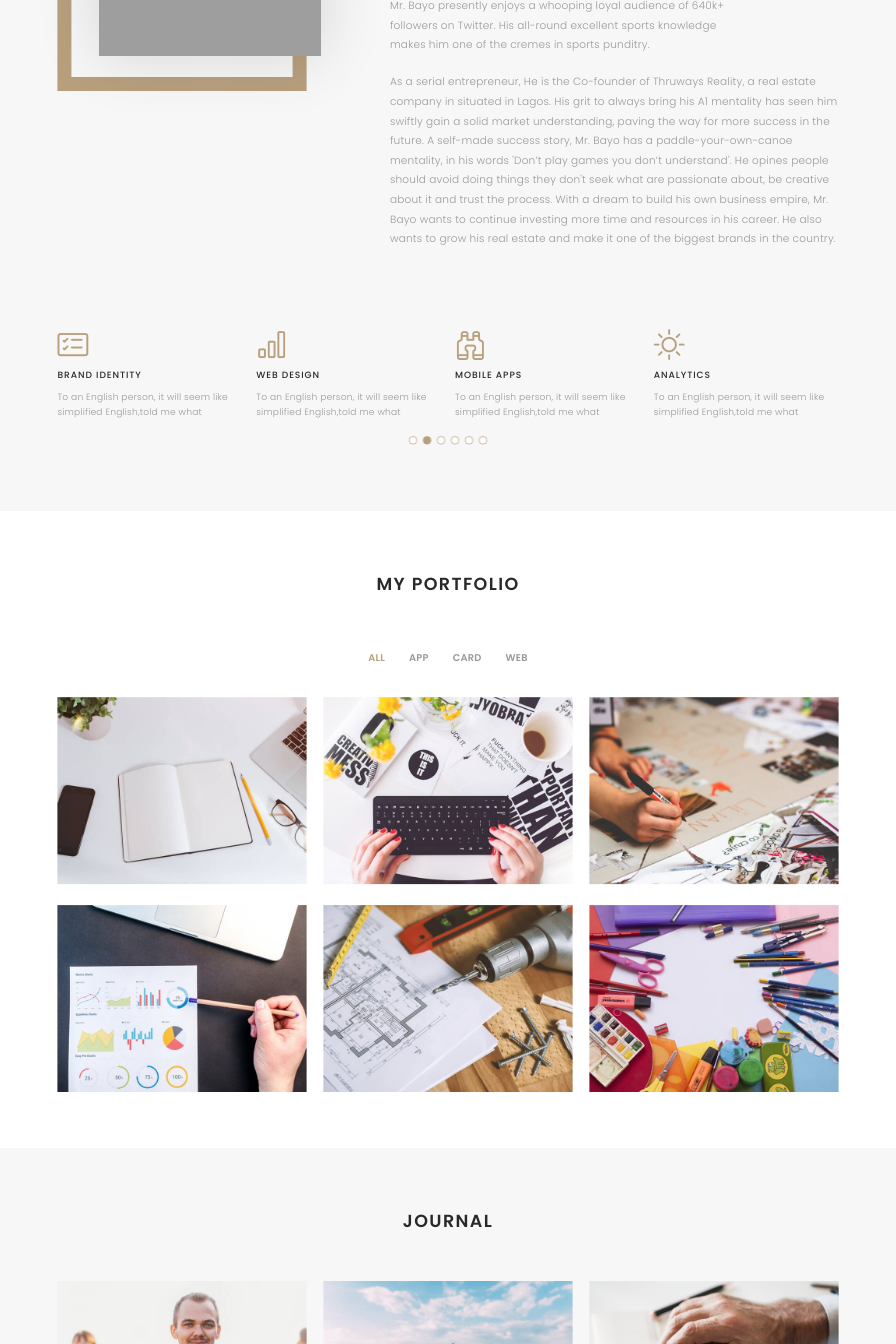
Repository: muhammedctgr/MrBayoA1
Page: index.html
The author's editor kept a copy of each file at every save. The page is drawn from the files as they stood at one save, then again after a run of saves.
The browser window is 1280 px wide. The pictures show the part of the page from y = 1120 to 3040 px (the page is 4218 px tall before and 4246 px after), at 70% of full size.
Pictures or frames that could not be fetched are drawn as grey boxes. Some web fonts or font styles are not loaded; a fallback is used.

Above is the page before, as saved 2022-10-17 23:24:41.

After the next 5 saves:
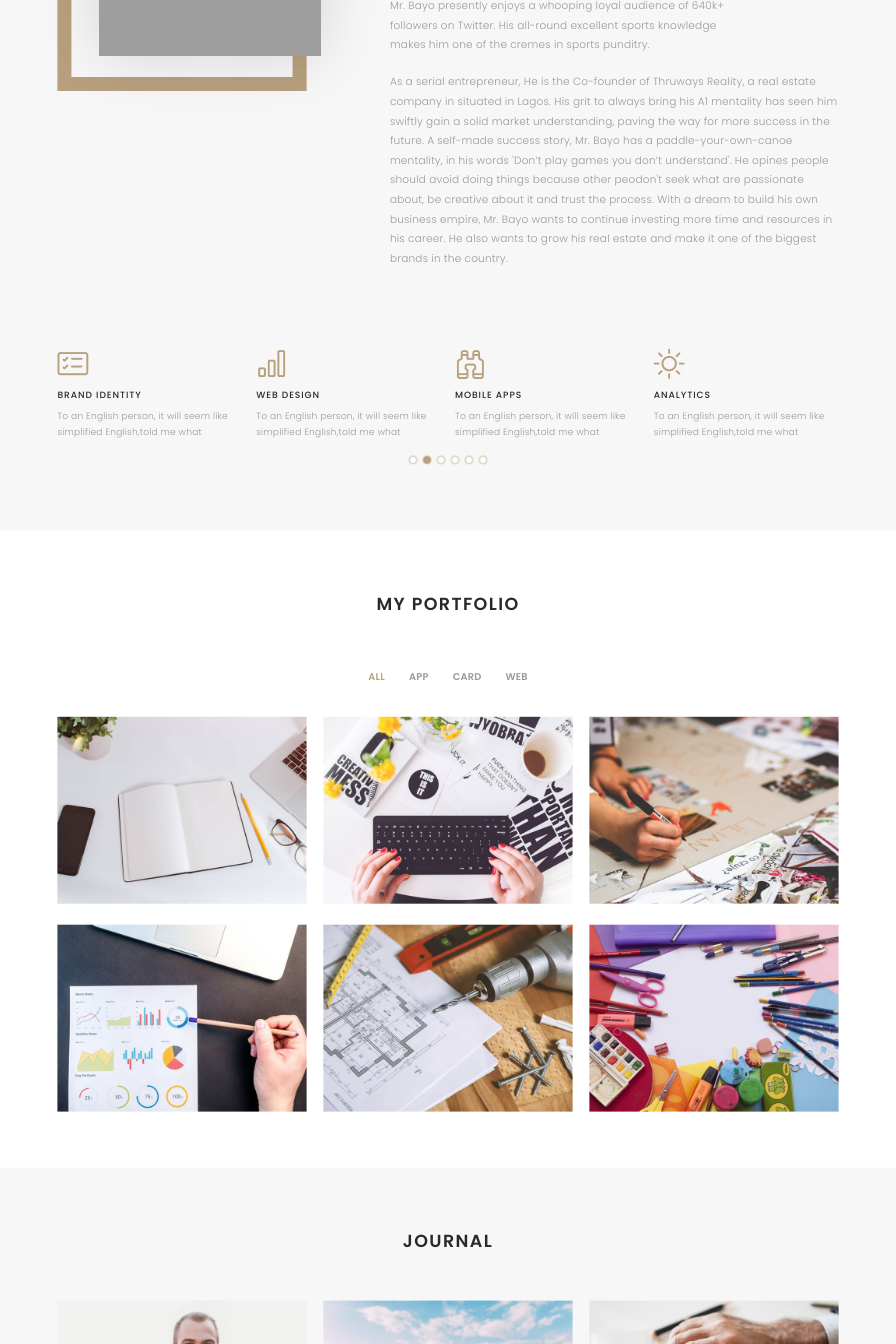
The 5 saves are shown as one change because they came seconds apart.
The last was saved 21 s later.
--- a/index.html
+++ b/index.html
@@ -116,7 +116,7 @@
                 As a serial entrepreneur, He is the Co-founder of Thruways Reality, a real estate company in situated in Lagos. His grit to always bring his A1 mentality has seen
                 him swiftly gain a solid market understanding, paving the way for more success in the future.
                 A self-made success story, Mr. Bayo has a paddle-your-own-canoe mentality, in his words 'Don’t play games you don’t understand'.
-                He opines people should avoid doing things they don't seek what are passionate about, be creative about it and trust the process.
+                He opines people should avoid doing things because other peodon't seek what are passionate about, be creative about it and trust the process.
                 With a dream to build his own business empire, Mr. Bayo wants to continue investing more time and resources in his career. He also wants to grow his real estate and make it one of the biggest brands in the country.
               </p>
             </div>
